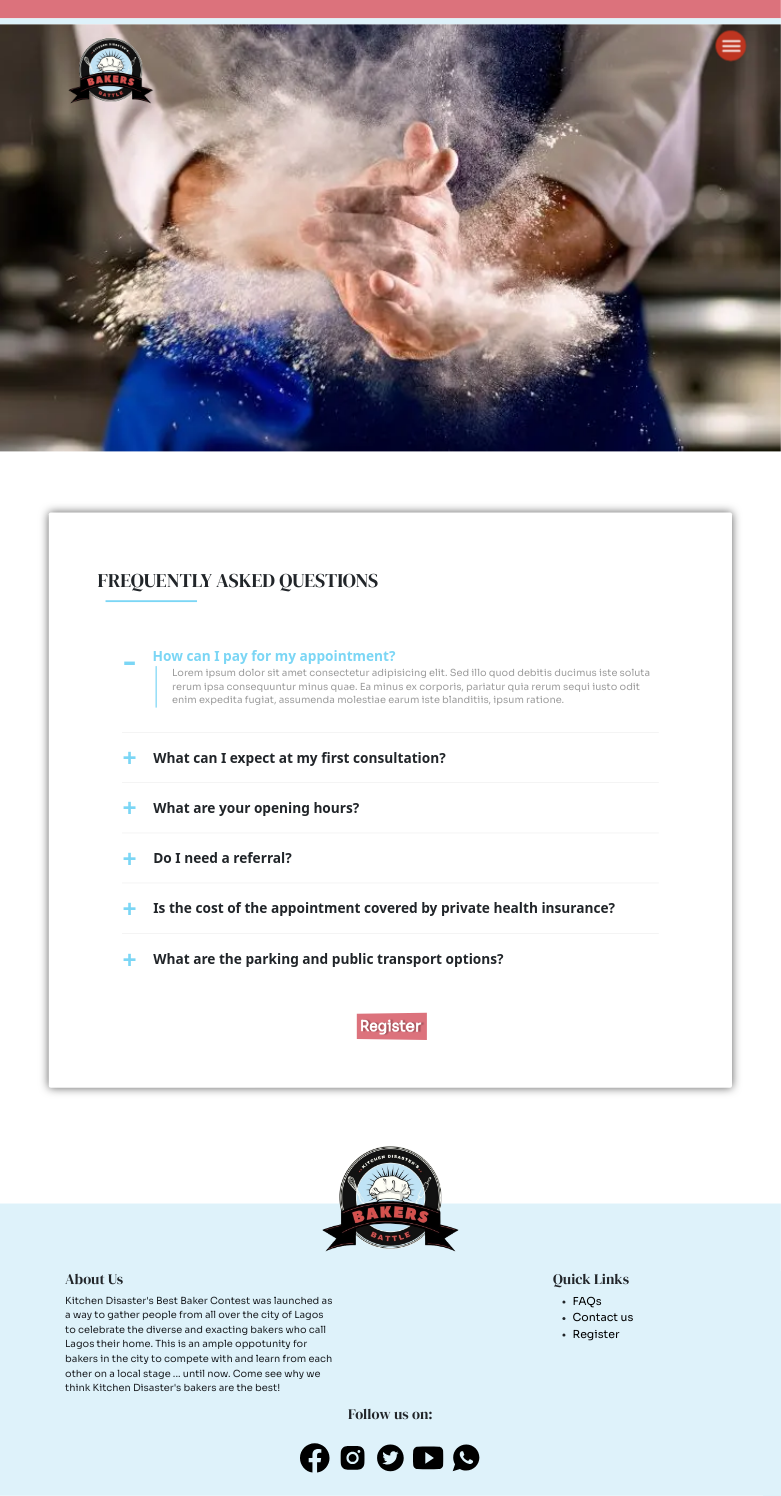
Repository: sarahnnanyelugo/bakers-battle
Page: /faq
An editor plug-in stored every save of this project. The page is shown before and after the next save, followed by the edit.
The browser window is 1280 px wide. The pictures show the whole page, at 61% of full size.
The project was rebuilt for these pictures with package versions that can differ from the ones it lists, and the page was loaded fresh each time. Also part of the build but not shown: src/components/ScreenSlide/slide.scss, src/components/ScreenSlide/ScreenSlide.js, src/pages/Home/home.scss, src/pages/Home/Home.js, src/components/Title.js, src/pages/Registration/registration.scss, src/components/FileUpload/file-upload.scss, src/components/FileUpload/FileUpload.js and 7 more.

Above is the page before, as saved 2024-07-17 08:42:56.

### src/App.js
import logo from "./logo.svg";
import "./App.scss";
import "bootstrap/dist/css/bootstrap.min.css";
import { BrowserRouter, Routes, Route, Link, Outlet } from "react-router-dom";
import { Home } from "./pages/Home/Home";
import { Navbar } from "./components/Navbar/Navbar";
import { Footer } from "./components/Footer/Footer";
import { FAQ } from "./pages/FAQ/FAQ";
import { Registration } from "./pages/Registration/Registration";
import { Contact } from "./pages/ContactPage/Contact";
import { Sponsors } from "./pages/Sponsors/Sponsors";
import ScrollToTop from "./scrollToTop";
import About from "./pages/About/About";
function App() {
  return (
    <>
      <ScrollToTop />
      <Navbar />
      <Routes>
        <Route path="/" element={<Home />} />{" "}
        <Route path="/faq" element={<FAQ />} />{" "}
        <Route path="/registration" element={<Registration />} />{" "}
        <Route path="/contact" element={<Contact />} />{" "}
        <Route path="/sponsors" element={<Sponsors />} />{" "}
        <Route path="/about" element={<About />} />{" "}
      </Routes>
      <Footer />
    </>
  );
}

export default App;

### src/App.scss
.app-btn {
  color: #fff;
  background: #dc727c;
  padding: 5px 30px;
  border-radius: 10px;
  border: solid 4px #dc727c;
  font-size: 30px;
  &:hover {
    color: #dc727c;
    background: #fff;
    transition: 0.5s ease;
  }
}

.button-92 {
  --c: #fff;

  background: linear-gradient(90deg, #0000 33%, #fff5, #0000 67%)
      var(--_p, 100%) / 300% no-repeat,
    #dc727c;

  color: #0000;
  border: none;
  transform: perspective(500px) rotateY(calc(20deg * var(--_i, -1)));
  text-shadow: calc(var(--_i, -1) * 0.08em) -0.01em 0 var(--c),
    calc(var(--_i, -1) * -0.08em) 0.01em 2px #0004;
  outline-offset: 0.1em;
  transition: 0.3s;
}

.button-92:hover,
.button-92:focus-visible {
  --_p: 0%;
  --_i: 1;
}

.button-92:active {
  text-shadow: none;
  color: var(--c);
  box-shadow: inset 0 0 9e9Q #0005;
  transition: 0s;
}

.button-92 {
  font-weight: bold;
  font-size: 2rem;
  margin: 0;
  cursor: pointer;
  padding: 0.1em 0.3em;
}

.button-48 {
  appearance: none;
  background-color: #ffffff;
  border-width: 0;
  box-sizing: border-box;
  color: #000000;
  cursor: pointer;
  display: inline-block;
  font-size: 14px;
  font-weight: 500;
  letter-spacing: 0;
  line-height: 1em;
  margin: 0;
  opacity: 1;
  outline: 0;
  padding: 1.5em 4px;
  position: relative;
  text-align: center;
  text-decoration: none;
  text-rendering: geometricprecision;
  text-transform: uppercase;
  transition: opacity 300ms cubic-bezier(0.694, 0, 0.335, 1),
    background-color 100ms cubic-bezier(0.694, 0, 0.335, 1),
    color 100ms cubic-bezier(0.694, 0, 0.335, 1);
  user-select: none;
  -webkit-user-select: none;
  touch-action: manipulation;
  vertical-align: baseline;
  white-space: nowrap;
}

.button-48:before {
  animation: opacityFallbackOut 0.5s step-end forwards;
  backface-visibility: hidden;
  background-color: #ebebeb;
  clip-path: polygon(-1% 0, 0 0, -25% 100%, -1% 100%);
  content: "";
  height: 100%;
  left: 0;
  position: absolute;
  top: 0;
  transform: translateZ(0);
  transition: clip-path 0.5s cubic-bezier(0.165, 0.84, 0.44, 1),
    -webkit-clip-path 0.5s cubic-bezier(0.165, 0.84, 0.44, 1);
  width: 100%;
}

.button-48:hover:before {
  animation: opacityFallbackIn 0s step-start forwards;
  clip-path: polygon(0 0, 101% 0, 101% 101%, 0 101%);
}

.button-48:after {
  background-color: #ffffff;
}

.button-48 span {
  z-index: 1;
  position: relative;
}
@font-face {
  font-family: SoraM;
  src: url(./assets/fonts/sora/Sora-Medium.ttf);
}
@font-face {
  font-family: SoraB;
  src: url(./assets/fonts/sora/Sora-Bold.ttf);
}
@font-face {
  font-family: SoraEB;
  src: url(./assets/fonts/sora/Sora-ExtraBold.ttf);
}
@font-face {
  font-family: SoraR;
  src: url(./assets/fonts/sora/Sora-Regular.ttf);
}
@font-face {
  font-family: SoraSB;
  src: url(./assets/fonts/sora/Sora-SemiBold.ttf);
}
@font-face {
  font-family: SoraL;
  src: url(./assets/fonts/sora/Sora-Light.ttf);
}
@font-face {
  font-family: SerifR;
  src: url(./assets/fonts/serif/DMSerifDisplay-Regular.ttf);
}
@font-face {
  font-family: SerifI;
  src: url(./assets/fonts/serif/DMSerifDisplay-Italic.ttf);
}
h1,
h2,
h3,
h4,
h5,
h6 {
  font-family: SerifR;
}

p,
li,
a,
small {
  font-family: SoraR;
}
button {
  font-family: SoraSB;
}
.mobile-padding {
  @media screen and (max-width: 820px) {
    padding-right: 7px;
    padding-left: 7px;
  }
}

### src/components/Navbar/Navbar.js
import React, { useEffect, useState } from "react";
import "./navbar.scss";
import Logo from "../../assets/images/logo2.png";
import Flier from "../../assets/images/flier2.jpeg";
import { Link } from "react-router-dom";
import { Title } from "../Title";
export const Navbar = () => {
  const [isMenuOpen, setIsMenuOpen] = useState(false);
  const toggleMenu = () => {
    setIsMenuOpen(!isMenuOpen);
  };

  // Step 2: Create a function to handle checkbox changes
  const handleCheckboxChange = (event) => {
    setIsMenuOpen(event.target.checked);
  };

  // Step 3: Use useEffect to track checkbox status changes
  useEffect(() => {
    // Code to run when isMenuOpen changes
    console.log(`Checkbox is now ${isMenuOpen ? "checked" : "unchecked"}`);
  }, [isMenuOpen]); // Dependency array contains isMenuOpen

  // Function to close menu
  const closeMenu = () => {
    setIsMenuOpen(false);
  };
  return (
    <>
      <div style={{ height: "30px", background: "#DC727C" }} />
      <div style={{ height: "10px", background: "#DEF2FA" }} />

      <main>
        <div
          className="col-md-2 offset-md-1"
          style={{ position: "relative", zIndex: 220 }}
        >
          {" "}
          <Link to={"/"}>
            <img className="img2" src={Logo} alt="Scholar" width="70%" />
          </Link>
        </div>
        <center>
          <h1 style={{ color: " black", fontSize: "90px" }}></h1>
        </center>

        <input
          type="checkbox"
          id="myInput"
          checked={isMenuOpen}
          onChange={handleCheckboxChange}
        />
        <label for="myInput" className="offset-md-11 tog">
          <span class="bar top"></span>
          <span class="bar middle"></span>
          <span class="bar bottom"></span>
        </label>

        <aside>
          <div class="aside-section aside-left col-md-4">
            <div class="aside-content">
              <img
                className="img col-md-12 offset-md-"
                src={Flier}
                alt="Scholar"
                width="100%"
              />
            </div>
          </div>
          <div class="aside-section aside-right col-md-8 ">
            <div className="col-md-4 offset-md-4">
              {" "}
              <ul class="aside-list ">
                <li>
                  <Link to={"/"} class="aside-anchor" onClick={closeMenu}>
                    HOME
                  </Link>
                </li>
                <li>
                  <Link to={"/about"} class="aside-anchor" onClick={closeMenu}>
                    ABOUT
                  </Link>
                </li>
                <li>
                  <Link to={"/faq"} class="aside-anchor" onClick={closeMenu}>
                    FAQs
                  </Link>
                </li>
                <li onClick={closeMenu}>
                  <Link to={"/sponsors"} class="aside-anchor">
                    SPONSORS
                  </Link>
                </li>{" "}
                <li onClick={closeMenu}>
                  <Link to={"/contact"} class="aside-anchor">
                    CONTACT
                  </Link>
                </li>
                <li onClick={closeMenu}>
                  <Link to={"/registration"} class="aside-anchor">
                    REGISTER
                  </Link>
                </li>
              </ul>
            </div>
          </div>
        </aside>
      </main>
    </>
  );
};

### src/components/Footer/Footer.js
import React from "react";
import "./footer.scss";
import Logo from "../../assets/images/logo2.png";
import { Link } from "react-router-dom";
import { FaFacebook } from "react-icons/fa";
import { AiFillInstagram } from "react-icons/ai";
import { IoLogoYoutube } from "react-icons/io";
import { IoLogoWhatsapp } from "react-icons/io";
import { AiFillTwitterCircle } from "react-icons/ai";

export const Footer = () => {
  return (
    <footer>
      <center>
        <div className="col-md-3">
          <img className="img2" src={Logo} alt="Scholar" width="75%" />
        </div>
      </center>{" "}
      <div className="d-md-flex col-md-10 offset-md-1 mobile-padding">
        <div className="col-md-5">
          <h4>About Us</h4>
          <p>
            Kitchen Disaster's Best Baker Contest was launched as a way to
            gather people from all over the city of Lagos to celebrate the
            diverse and exacting bakers who call Lagos their home. This is an
            ample oppotunity for bakers in the city to compete with and learn
            from each other on a local stage ... until now. Come see why we
            think Kitchen Disaster's bakers are the best!
          </p>
        </div>
        <div className="col-md-2 offset-md-4">
          <h4>Quick Links</h4>
          <ul>
            <li>
              <Link to={"/"}>FAQs</Link>
            </li>{" "}
            <li>
              <Link to={"/"}>Contact us</Link>
            </li>{" "}
            <li>
              <Link to={"/"}>Register</Link>
            </li>{" "}
          </ul>
        </div>
      </div>
      <center>
        <h4>Follow us on:</h4>
        <ul className="list-inline media-links">
          <li className="list-inline-item">
            <Link to={"/"}>
              <FaFacebook style={{ fontSize: "50px" }} />
            </Link>
          </li>{" "}
          <li className="list-inline-item">
            <Link to={"/"}>
              <AiFillInstagram style={{ fontSize: "50px" }} />
            </Link>
          </li>{" "}
          <li className="list-inline-item">
            <Link to={"/"}>
              <AiFillTwitterCircle style={{ fontSize: "50px" }} />
            </Link>
          </li>{" "}
          <li className="list-inline-item">
            <Link to={"/"}>
              <IoLogoYoutube style={{ fontSize: "50px" }} />
            </Link>
          </li>{" "}
          <li className="list-inline-item">
            <Link to={"/"}>
              <IoLogoWhatsapp style={{ fontSize: "50px" }} />
            </Link>
          </li>
        </ul>
      </center>
    </footer>
  );
};

### src/pages/FAQ/FAQ.js
import React from "react";
import { FAQAccord } from "../../components/FAQAccord/FAQAccord";
import { Title } from "../../components/Title";
import "./faq.scss";
export const FAQ = () => {
  return (
    <>
      <div className="faq-container">
        {" "}
        <div className="faq-div"></div>
        <FAQAccord />
      </div>
    </>
  );
};

### src/components/Navbar/navbar.scss
main {
  height: 800px;
  position: relative;
  overflow: hidden;
}

.aside-section {
  top: 0;
  bottom: 0;
  position: absolute;
}

.aside-left {
  display: none;
  width: 40%;
  left: 0;
  background: #dc727c;

  -webkit-transform: translateY(-100%);
  -moz-transform: translateY(-100%);
  -ms-transform: translateY(-100%);
  -o-transform: translateY(-100%);
  transform: translateY(-100%);
  transition: transform 0.9s ease-in-out;
}

.aside-right {
  width: 100%;
  right: 0;
  background-color: #def2fa;
  -webkit-transform: translateX(100%);
  -moz-transform: translateX(100%);
  -ms-transform: translateX(100%);
  -o-transform: translateX(100%);
  transform: translateX(100%);
  transition: transform 0.9s ease-in-out;
}

.aside-list {
  list-style: none;
  padding: 0;
  margin: 0;
  margin-top: 150px;
  text-align: left;
  padding-left: 50px;
}

.aside-content {
  //   margin-top: 150px;
  padding: 0 40px;
  position: relative;
  color: white;
  text-align: center;
}

.aside-list li {
  margin-bottom: 20px;
}

.aside-anchor::after {
  content: "";
  position: absolute;
  bottom: 0;
  background-color: #ff5964;
  left: 0;
  right: 0;
  height: 6px;
  border-radius: 6px;
}

.aside-anchor::before {
  border-radius: 3px;
  content: "";
  position: absolute;
  bottom: 0;
  background-color: rgb(9, 1, 1);
  left: 0;
  height: 6px;
  z-index: 1;
  width: 50%;
  -webkit-transition: transform 0.2s ease-in-out;
  -o-transition: transform 0.2s ease-in-out;
  transition: transform 0.2s ease-in-out;
}

.aside-anchor:hover:before {
  -webkit-transform: translateX(100%);
  -moz-transform: translateX(100%);
  -ms-transform: translateX(100%);
  -o-transform: translateX(100%);
  transform: translateX(100%);
}

.aside-anchor {
  padding-bottom: 7px;
  color: rgb(14, 14, 14);
  text-decoration: none;
  font-size: 30px;
  position: relative;
  font-weight: 500;
}

input[type="checkbox"] {
  display: none;
}

input[type="checkbox"]:checked ~ aside .aside-left {
  transform: translateY(0%);
}

input[type="checkbox"]:checked ~ aside .aside-right {
  transform: translateX(0%);
}

input[type="checkbox"]:checked ~ label .bar {
  background-color: #fff;
}

input[type="checkbox"]:checked ~ label .top {
  -webkit-transform: translateY(0px) rotateZ(45deg);
  -moz-transform: translateY(0px) rotateZ(45deg);
  -ms-transform: translateY(0px) rotateZ(45deg);
  -o-transform: translateY(0px) rotateZ(45deg);
  transform: translateY(0px) rotateZ(45deg);
}

input[type="checkbox"]:checked ~ label .bottom {
  -webkit-transform: translateY(-15px) rotateZ(-45deg);
  -moz-transform: translateY(-15px) rotateZ(-45deg);
  -ms-transform: translateY(-15px) rotateZ(-45deg);
  -o-transform: translateY(-15px) rotateZ(-45deg);
  transform: translateY(-15px) rotateZ(-45deg);
}

input[type="checkbox"]:checked ~ label .middle {
  width: 0;
}

.middle {
  margin: 0 auto;
}

label {
  top: 40px;
  display: inline-block;
  padding: 10px 10px;
  background-color: transparent;
  cursor: pointer;
  margin: 10px;
  z-index: 3;
  position: fixed;
}

.bar {
  display: block;
  background-color: #fff;
  width: 30px;
  height: 3px;
  border-radius: 5px;
  margin: 5px auto;
  transition: background-color 0.4s ease-in, transform 0.4s ease-in,
    width 0.4s ease-in;
}

@media (min-width: 992px) {
  h1 {
    font-size: 40px;
  }
  .aside-left {
    display: block;
  }

  .aside-right {
    width: 60%;
  }
}
.tog {
  height: 50px;
  width: 50px;
  border: solid 1px #be3520;
  background: #be3520;
  border-radius: 50%;
  // position: fixed;
  // z-index: 230;
}
.img2 {
}

### src/components/Footer/footer.scss
footer {
  background: #def2fa;
  //   padding-top: 30px;
  padding-bottom: 20px;
  margin-top: 190px;
  img {
    margin-top: -130px;
  }
  a {
    color: #000;
    text-decoration: none;
    font-size: 18px;
    &:hover {
      color: #dc727c;
    }
  }
}
.media-links {
  li {
    font-size: 50px !important;
  }
}

### src/components/FAQAccord/FAQAccord.js
import "./faq-accord.scss";
import React from "react";
import { Link } from "react-router-dom";

export const FAQAccord = () => {
  return (
    <>
      <div className="accord-faq">
        <div id="faq" class="faq-body col-md-6 offset-md-3">
          <div class="faq-header">
            <h3 class="faq-title">FREQUENTLY ASKED QUESTIONS</h3>
            <div class="seperator"></div>
          </div>
          <div class="faq-list">
            <div>
              <details open>
                <summary title="How can I pay for my appointment?">
                  How can I pay for my appointment?
                </summary>
                <p class="faq-content">
                  Lorem ipsum dolor sit amet consectetur adipisicing elit. Sed
                  illo quod debitis ducimus iste soluta rerum ipsa consequuntur
                  minus quae. Ea minus ex corporis, pariatur quia rerum sequi
                  iusto odit enim expedita fugiat, assumenda molestiae earum
                  iste blanditiis, ipsum ratione.
                </p>
              </details>
            </div>
            <div>
              <details>
                <summary title="What can I expect at my first consultation?">
                  What can I expect at my first consultation?
                </summary>
                <p class="faq-content">
                  Lorem ipsum dolor sit amet consectetur adipisicing elit.
                  Sequi, molestias similique! Molestiae sapiente omnis, illo
                  facere odit reprehenderit eveniet consequuntur sit minus
                  adipisci temporibus eius inventore quidem. Dignissimos, facere
                  quae. Rem quas a laborum est officia pariatur voluptatum iusto
                  perferendis aut labore fugit magni inventore nulla architecto,
                  velit, facilis itaque.
                </p>
              </details>
            </div>
            <div>
              <details>
                <summary title="What are your opening hours?">
                  What are your opening hours?
                </summary>
                <p class="faq-content">
                  Lorem ipsum dolor sit amet consectetur adipisicing elit. Eos
                  error ea accusantium? Sunt cum in, repudiandae et facere at
                  nesciunt commodi non quia earum libero aliquid labore
                  obcaecati repellendus consequatur! Nesciunt impedit ducimus
                  illum unde optio veritatis atque facere, voluptate a odio
                  asperiores laudantium rerum.
                </p>
              </details>
            </div>
            <div>
              <details>
                <summary title="Do I need a referral?">
                  Do I need a referral?
                </summary>
                <p class="faq-content">
                  Lorem ipsum dolor sit amet consectetur adipisicing elit.
                  Facilis quisquam numquam labore explicabo cupiditate
                  laboriosam. Ipsam explicabo possimus illum aspernatur.
                </p>
              </details>
            </div>
            <div>
              <details>
                <summary title="Is the cost of the appointment covered by private health insurance?">
                  Is the cost of the appointment covered by private health
                  insurance?
                </summary>
                <p class="faq-content">
                  Lorem ipsum dolor, sit amet consectetur adipisicing elit.
                  Explicabo quos quam asperiores enim sequi nihil? Iure
                  blanditiis autem in ratione rerum, sequi cupiditate eos nemo
                  iusto unde eaque voluptatum alias, porro aliquid sunt.
                  Nesciunt veritatis, ex esse tempora laudantium officiis? Quas
                  corrupti a aut sed quaerat, ipsa incidunt tempora velit dolor
                  distinctio repellat tenetur illum consectetur quos veniam eius
                  provident earum doloremque commodi! Minus amet, obcaecati rem,
                  modi accusantium ad, deleniti possimus incidunt laudantium
                  vitae iusto laborum culpa! Similique, repellat.
                </p>
              </details>
            </div>
            <div>
              <details>
                <summary title="What are the parking and public transport options?">
                  What are the parking and public transport options?
                </summary>
                <p class="faq-content">
                  Lorem ipsum dolor sit amet consectetur adipisicing elit.
                  Facilis quisquam numquam labore explicabo cupiditate
                  laboriosam. Ipsam explicabo possimus illum aspernatur.
                </p>
              </details>
            </div>
          </div>
          <center>
            {" "}
            <Link to={"/registration"}>
              {" "}
              <button
                class="button-92"
                role="button"
                style={{ fontSize: "25px" }}
              >
                Register
              </button>
            </Link>
          </center>
        </div>
      </div>
    </>
  );
};

### src/pages/FAQ/faq.scss
.faq-div {
  height: 700px;
  //   background: url("../../assets/images/landing.webp");
  background: url("../../assets/images/baker.webp");
  margin-top: -800px;
  background-size: cover;
  background-repeat: no-repeat;
  background-position: center;
}

### src/components/FAQAccord/faq-accord.scss
.accord-faq {
  margin-top: 100px;
  div + div {
    clear: both;
  }

  p {
    line-height: 1.4em;
    color: #9e9e9e;
  }

  .faq-title {
    font-size: 2em;
    margin: 0.4em 0;
  }

  div.seperator {
    width: 150px;
    background-color: #7bd6f5;
    height: 0.17em;
    margin-left: 0.8em;
  }

  .faq-list > div {
    border-bottom: 0.07em solid #ededed;
    padding: 1.5em 0em;
  }

  .faq-list > div:last-child {
    border: unset;
  }

  details > summary {
    list-style: none;
  }
  details > summary::-webkit-details-marker {
    display: none;
  }

  summary {
    font-size: 1.4em;
    font-weight: bold;
    cursor: pointer;
    -webkit-touch-callout: none;
    -webkit-user-select: none;
    -khtml-user-select: none;
    -moz-user-select: none;
    -ms-user-select: none;
    user-select: none;
    transition: all 0.3s ease;
  }

  summary:hover {
    color: #7bd6f5;
  }

  details[open] summary ~ * {
    animation: sweep 0.5s ease-in-out;
  }

  @keyframes sweep {
    0% {
      opacity: 0;
      margin-left: -10px;
    }
    100% {
      opacity: 1;
      margin-left: 55px;
    }
  }

  details[open] summary {
    color: #7bd6f5;
  }

  details[open] p {
    border-left: 2px solid #7bd6f5;
    margin-left: 55px;
    padding-left: 25px;
    opacity: 100;
    transition: all 3s ease;
  }

  details[open] summary:after {
    content: "-";
    font-size: 3.2em;
    margin: -33px 0.35em 0 0;
    font-weight: 200;
  }

  .faq-body {
    width: 70em;
    margin: 4em auto;
    box-shadow: 0px 0px 16px #5b5b5b;
    border-radius: 0.2em;
    padding: 5em;
    background-color: #fff;
  }

  .faq-list {
    width: 55em;
    margin: 1em auto;
    padding: 2em 0;
  }

  summary::-webkit-details-marker {
    display: none;
  }

  summary:after {
    background: transparent;
    border-radius: 0.3em;
    content: "+";
    color: #7bd6f5;
    float: left;
    font-size: 1.8em;
    font-weight: bold;
    margin: -0.3em 0.65em 0 0;
    padding: 0;
    text-align: center;
    width: 25px;
  }
}

Loaded but not shown: public/index.html (common file); src/index.js (common file); src/index.css (common file); src/reportWebVitals.js (common file); src/scrollToTop.js (common file)

After the next save:
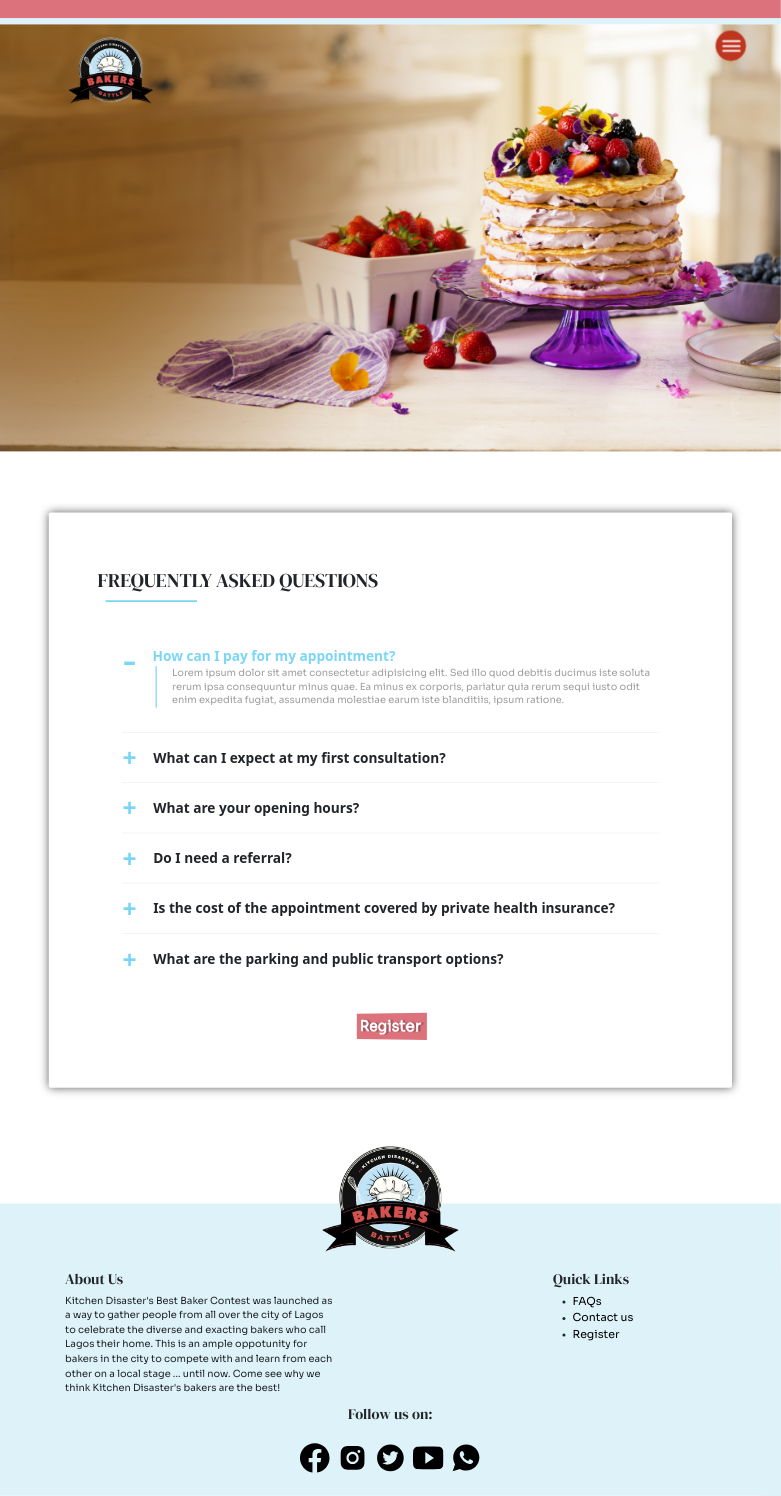
Saved 6 s later.
--- a/src/pages/FAQ/faq.scss
+++ b/src/pages/FAQ/faq.scss
@@ -1,7 +1,7 @@
 .faq-div {
   height: 700px;
   //   background: url("../../assets/images/landing.webp");
-  background: url("../../assets/images/baker.webp");
+  background: url("../../assets/images/landing4.jpg");
   margin-top: -800px;
   background-size: cover;
   background-repeat: no-repeat;
